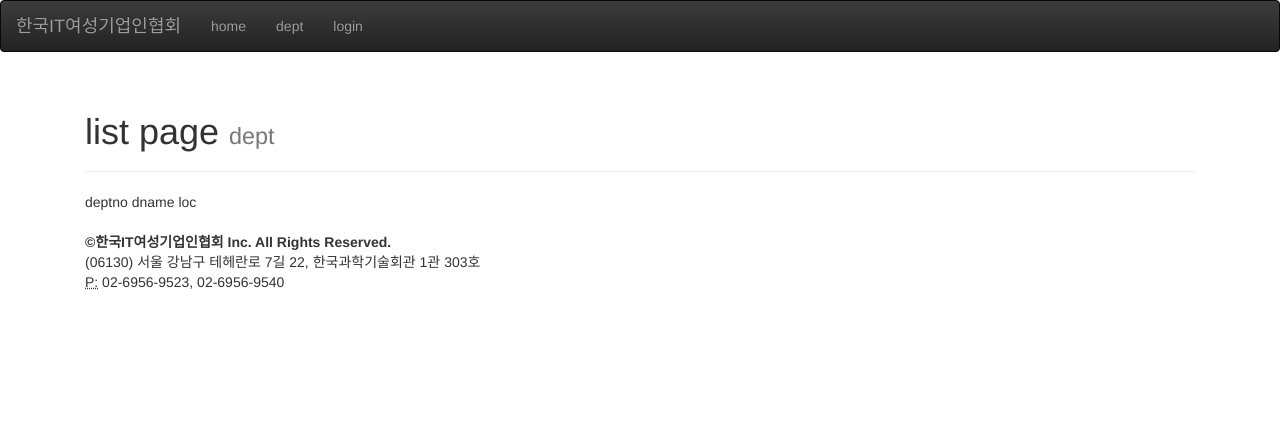
Repository: minho00123/sw-professional-training
Page: http://localhost/sts06/WEB-INF/views/dept/list.jsp
An editor plug-in stored every save of this project. The page is shown before and after the next save, followed by the edit.
The browser window is 1280 px wide. The pictures show the whole page.
The page is served by Tomcat 9. Nobody is signed in. The template is opened directly, without the code that normally fills it, so the values that code supplies are empty.

Above is the page before, as saved 2025-05-20 07:02:34.
Console error (its wording comes from the project's code and is left out).

After the next save:
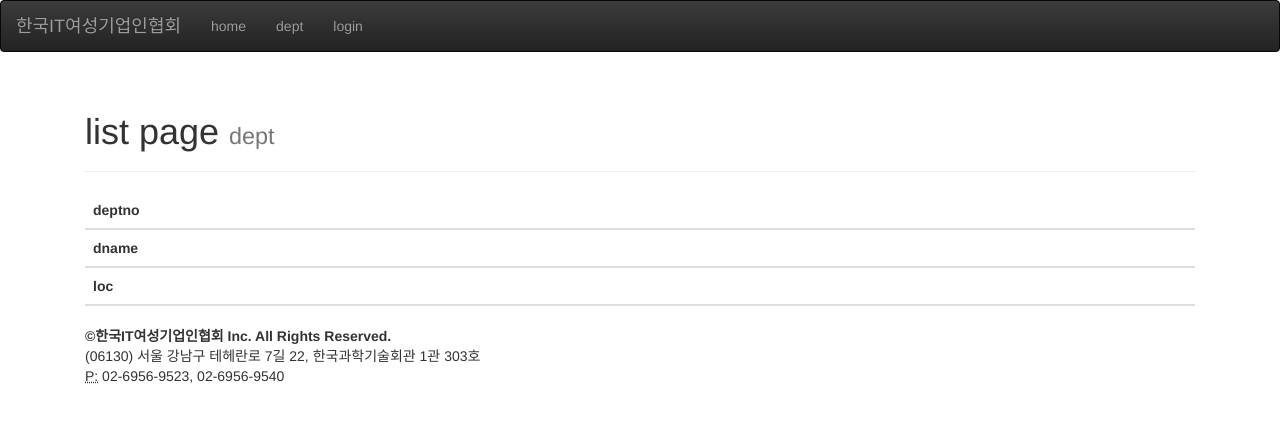
Saved 51 s later.
--- a/stsWorkspace/sts06/src/main/webapp/WEB-INF/views/dept/list.jsp
+++ b/stsWorkspace/sts06/src/main/webapp/WEB-INF/views/dept/list.jsp
@@ -16,11 +16,14 @@
 	</div>
 	<table class="table">
 		<thead>
-			<tr>deptno
+			<tr>
+				<th>deptno</th>
 			</tr>
-			<tr>dname
+			<tr>
+				<th>dname</th>
 			</tr>
-			<tr>loc
+			<tr>
+				<th>loc</th>
 			</tr>
 		</thead>
 		<tbody>
